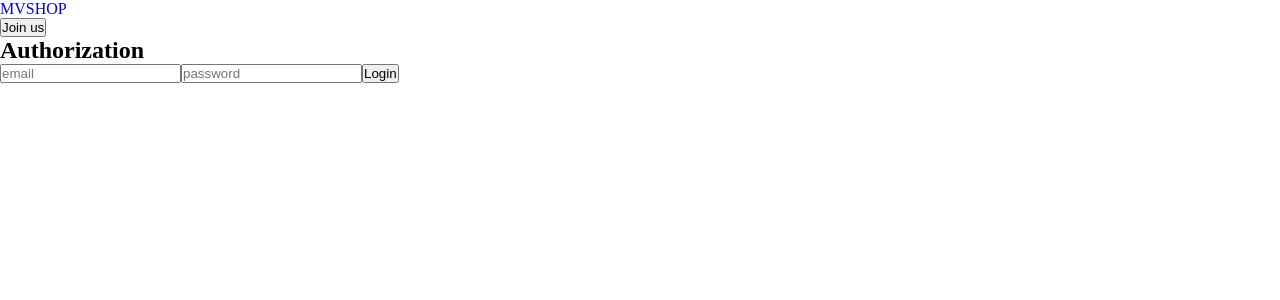
Repository: Mirsmog/VIP-SHOP
Page: /login (app in client/)
An editor plug-in stored every save of this project. The page is shown before and after the next save, followed by the edit.
The browser window is 1280 px wide. The pictures show the whole page.
The project was rebuilt for these pictures with package versions that can differ from the ones it lists, and the page was loaded fresh each time. Also part of the build but not shown: client/vite.config.js, client/src/pages/Admin.tsx, client/src/pages/DevicePage.tsx, client/src/pages/Shop.jsx, client/src/pages/Basket.jsx.

Above is the page before, as saved 2023-11-02 19:33:10.

After the next save:
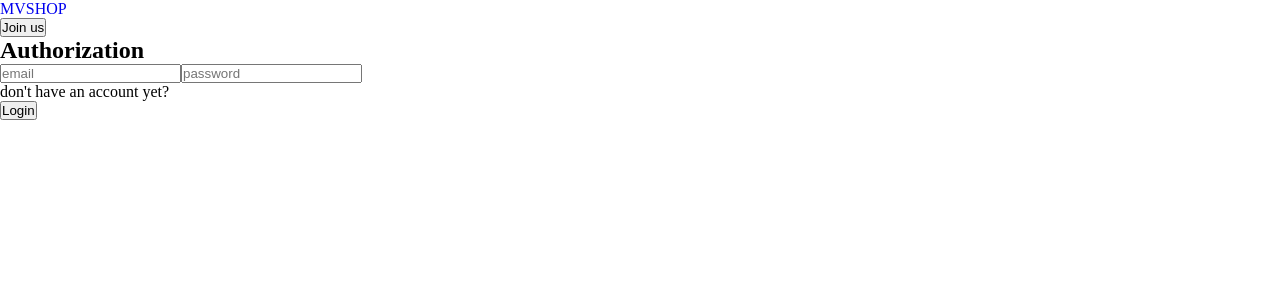
Saved 89 s later.
--- a/client/src/pages/Auth.jsx
+++ b/client/src/pages/Auth.jsx
@@ -2,6 +2,7 @@ import React from 'react';
 import Container from 'react-bootstrap/esm/Container';
 import Form from 'react-bootstrap/esm/Form';
 import Card from 'react-bootstrap/esm/Card';
+import Row from 'react-bootstrap/esm/Row';
 import Button from 'react-bootstrap/esm/Button';
 
 function Auth() {
@@ -15,7 +16,10 @@ function Auth() {
         <Form className='d-flex flex-column'>
           <Form.Control className='mt-3' placeholder='email' />
           <Form.Control className='mt-3' placeholder='password' />
+          <Row>
+        <div>don't have an account yet?</div>
           <Button variant={'outline-success'} className='mt-3 align-self-end'>Login</Button>
+          </Row>
         </Form>
       </Card>
     </Container>
